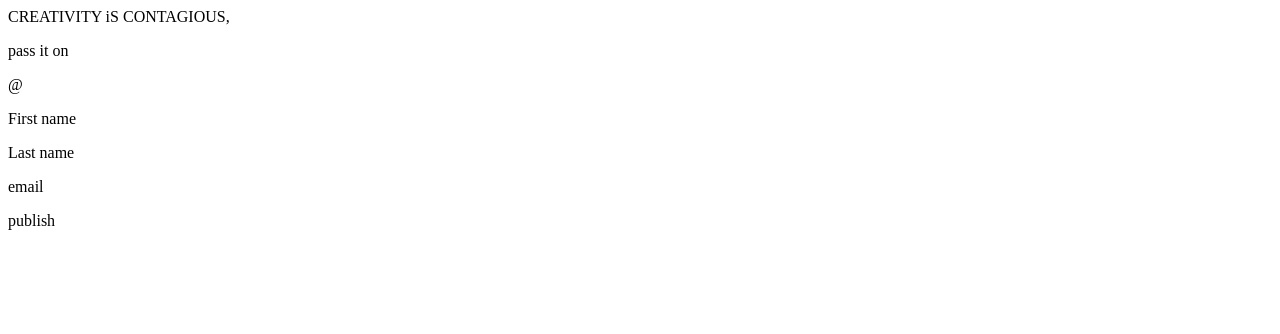
Repository: ceo-of-albeni/articles
Page: /
These files come from the project's save history. The page is drawn as it stood at one moment and after the next save; the edit follows.
The browser window is 1280 px wide. The pictures show the whole page.
The project was rebuilt for these pictures with package versions that can differ from the ones it lists, and the page was loaded fresh each time. Also part of the build but not shown: src/reviewer's profil/reviewer.scss.

Above is the page before, as saved 2023-05-09 18:04:01.

After the next save:
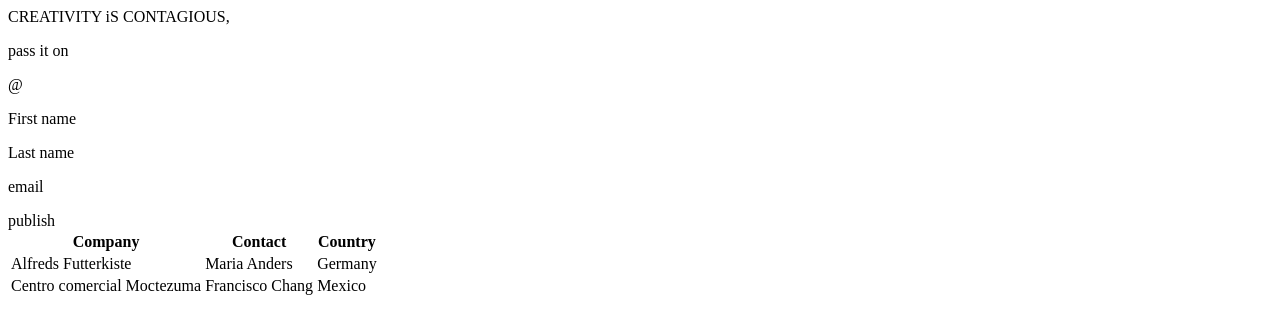
Saved 2 min 24 s later.
--- a/src/reviewer's profil/reveiwer.jsx
+++ b/src/reviewer's profil/reveiwer.jsx
@@ -19,7 +19,23 @@ export default function Reviewer() {
                     publish
                 </div>
                 <div className="table">
-
+                <table>
+  <tr>
+    <th>Company</th>
+    <th>Contact</th>
+    <th>Country</th>
+  </tr>
+  <tr>
+    <td>Alfreds Futterkiste</td>
+    <td>Maria Anders</td>
+    <td>Germany</td>
+  </tr>
+  <tr>
+    <td>Centro comercial Moctezuma</td>
+    <td>Francisco Chang</td>
+    <td>Mexico</td>
+  </tr>
+</table>
                 </div>
             </section>
         </>
